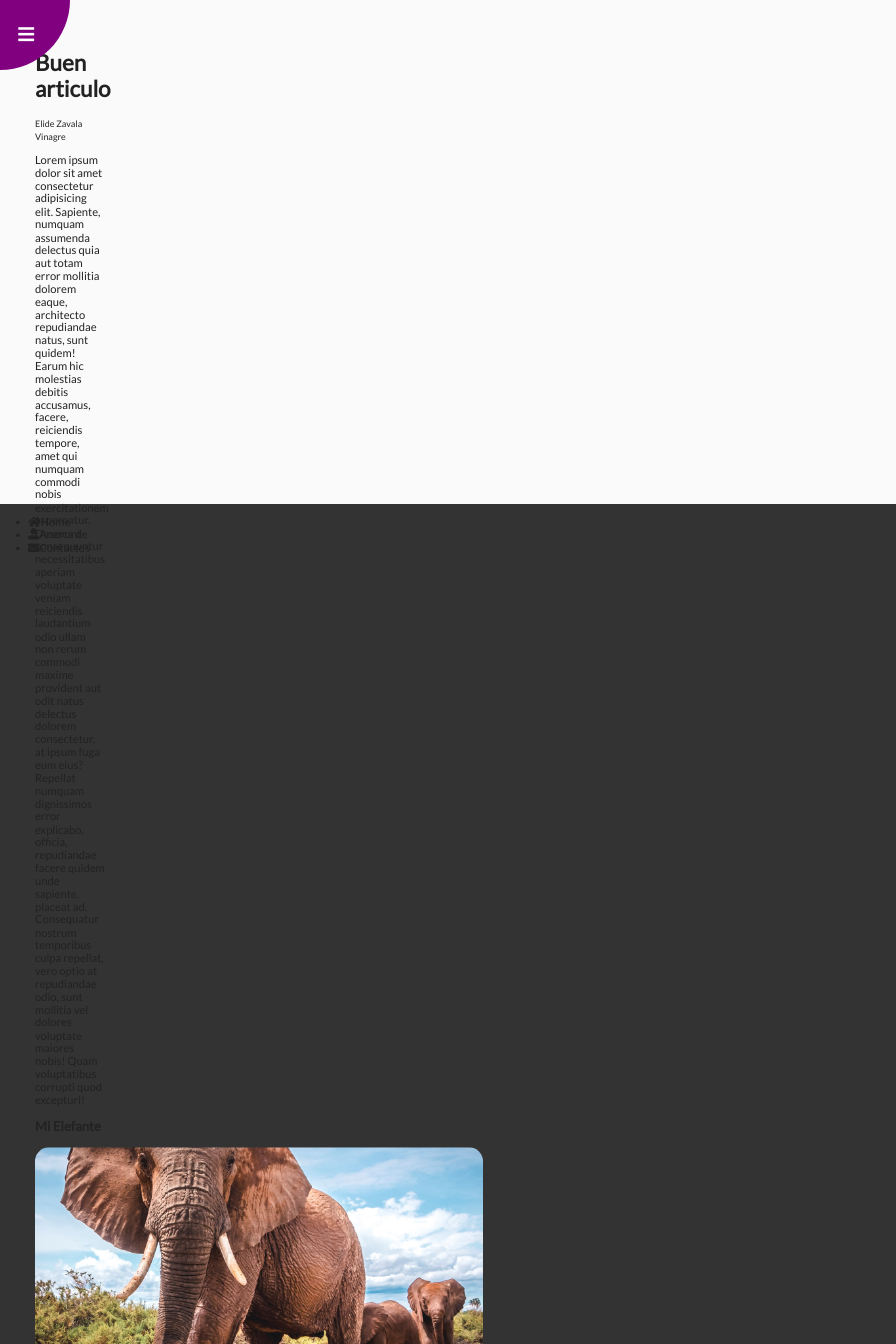
Repository: ElideZavala/Navagacion-en-rotacion
Page: index.html
These files come from the project's save history. The page is drawn as it stood at one moment and after the next save; the edit follows.
The browser window is 1280 px wide. The pictures show the part of the page from y = 0 to 1920 px (the page is 2953 px tall before and 2982 px after), at 70% of full size.

Above is the page before, as saved 2021-05-29 09:35:26.

### index.html
<!DOCTYPE html>
<html lang="en">
<head>
	<meta charset="UTF-8">
	<meta http-equiv="X-UA-Compatible" content="IE=edge">
	<meta name="viewport" content="width=device-width, initial-scale=1.0">
	<link rel="stylesheet" href="https://cdnjs.cloudflare.com/ajax/libs/font-awesome/5.15.3/css/all.min.css" integrity="sha512-iBBXm8fW90+nuLcSKlbmrPcLa0OT92xO1BIsZ+ywDWZCvqsWgccV3gFoRBv0z+8dLJgyAHIhR35VZc2oM/gI1w==" crossorigin="anonymous" referrerpolicy="no-referrer" />
	<link rel="stylesheet" href="style.css">
	<link rel="stylesheet" href="normalize.css">
	<title>Navegación Giratoria</title>
</head>
<body>
	<div class="container">
		<div class="circle-container">
			<div class="circle">
				<button id="close">
					<i class="fas fa-times"></i>
				</button>
				<button id="open">
					<i class="fas fa-bars"></i>
				</button>
			</div>
		</div>

		<div class="content">
			<h1 class="title">Buen articulo</h1>
			<small>Elide Zavala Vinagre</small>
			<p>Lorem ipsum dolor sit amet consectetur adipisicing elit. Sapiente, numquam assumenda delectus quia aut totam error mollitia dolorem eaque, architecto repudiandae natus, sunt quidem! Earum hic molestias debitis accusamus, facere, reiciendis tempore, amet qui numquam commodi nobis exercitationem aspernatur. Deserunt consequuntur necessitatibus aperiam voluptate veniam reiciendis laudantium odio ullam non rerum commodi maxime provident aut odit natus delectus dolorem consectetur, at ipsum fuga eum eius? Repellat numquam dignissimos error explicabo, officia, repudiandae facere quidem unde sapiente, placeat ad. Consequatur nostrum temporibus culpa repellat, vero optio at repudiandae odio, sunt mollitia vel dolores voluptate maiores nobis! Quam voluptatibus corrupti quod excepturi!</p>

			<h3 class="title">Mi Elefante</h3>
			<img class="img" src="./Elefante.jpg" alt="Elefante">
			<p>Lorem ipsum dolor sit amet, consectetur adipisicing elit. Perferendis repellendus autem cumque sequi in laudantium possimus blanditiis. Quis eos tempore, nisi commodi sit molestiae perferendis laboriosam doloremque dolor delectus consectetur cum perspiciatis adipisci suscipit officia vitae doloribus. Veniam nemo aliquam illo. Eaque recusandae, soluta enim odio numquam ab iure placeat quidem in repellendus nemo odit laboriosam culpa sequi et ratione officia natus praesentium facere iste, cupiditate velit ad? Dicta debitis ipsum sequi recusandae corrupti magnam!</p>
		</div>
	</div>

	<nav>
		<ul>
			<li><i class="fas fa-home"></i>Home</li>
			<li><i class="fas fa-user-alt"></i>Acerca de</li>
			<li><i class="fas fa-envelope"></i>Contactos</li>
		</ul>
	</nav>



	<script src="./script.js"></script>
</body>
</html>

### style.css
@import url('https://fonts.googleapis.com/css?family=Lato&display=swap');

* {
	box-sizing: border-box;
}

body {
	font-family: 'Lato', sans-serif;
	background-color: #333;
	color: #222;
	overflow: hidden;
	margin: 0;
}

.container {
	background-color: #fafafa;
	transform-origin: top left;
	transition: transform 0.5s linear;
	width: 100vw;
	height: 100vh;
	padding: 50px;
}

.container.show-nav {
	transform: rotate(-20deg);
}

.img{
	width: 50vw;
	height: 50vh;
	display: flex;
	border-radius: 20px;
	object-fit: cover;
	margin: auto;
}

.circle-container {
	position: fixed;
	top: -100px;
	left: -100px;
}

.circle {
	background-color: purple;
	height: 200px;
	width: 200px;
	border-radius: 50%;
	position: relative;
	transition: transform 0.5s linear;
}

.circle button {
	cursor: pointer;
	position: absolute;
	top: 50%;
	left: 50%;
	height: 100px;
	background: transparent;
	border: 0;
	font-size: 26px;
	color: #fff;
}

.circle button:focus {
	outline: none;
}

.circle button#open {
	left: 60%;
}

.circle button#close {
	top: 60%;
	transform: rotate(90deg);
	transform-origin: top left;
	cursor: pointer;
}

.content {
	max-width: 100px;
}

Loaded but not shown: normalize.css (library); script.js (no stored copy; drawn as an empty file)

After the next save:
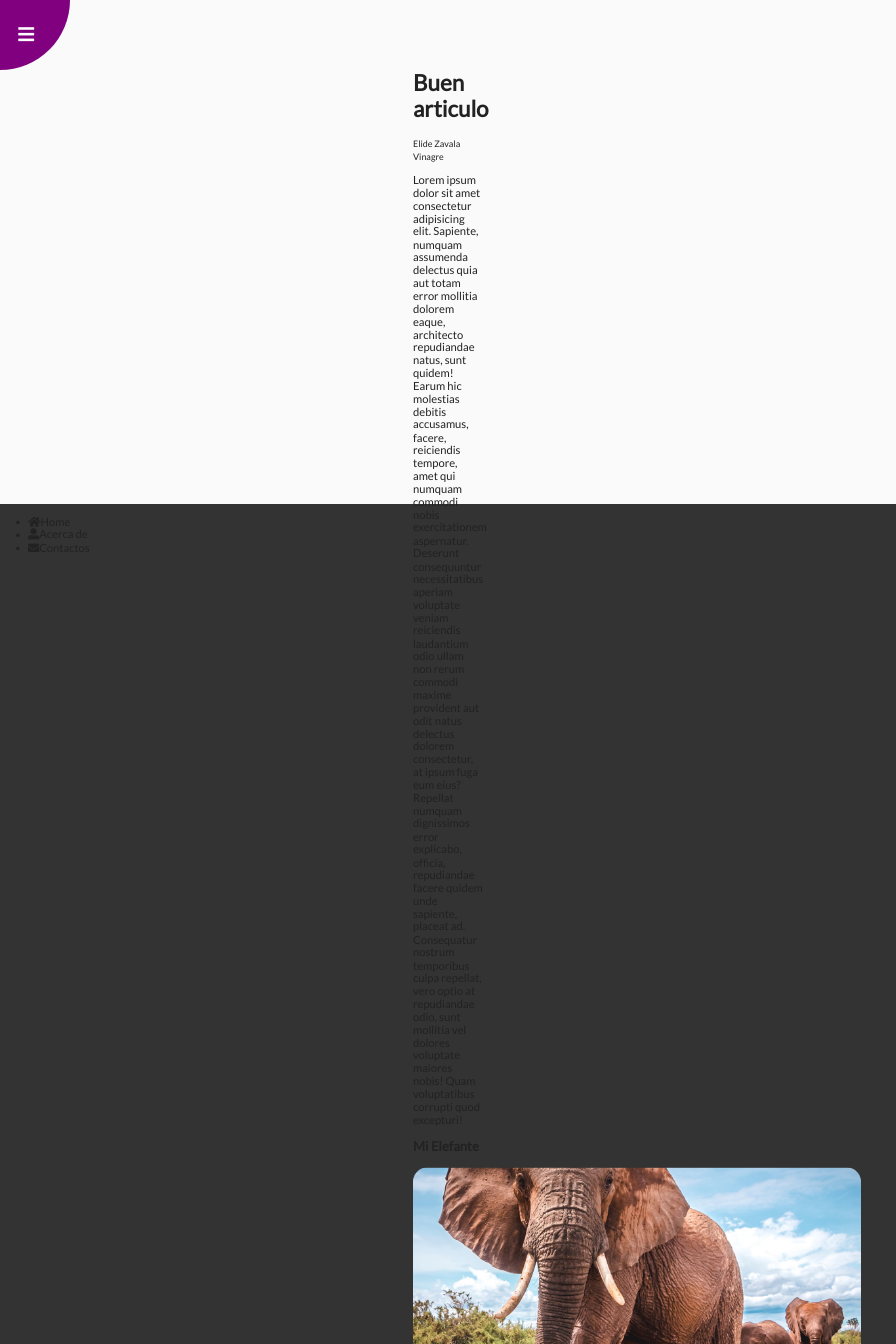
Saved 35 s later.
--- a/style.css
+++ b/style.css
@@ -78,4 +78,5 @@ body {
 
 .content {
 	max-width: 100px;
+	margin: 50px auto;
 }
